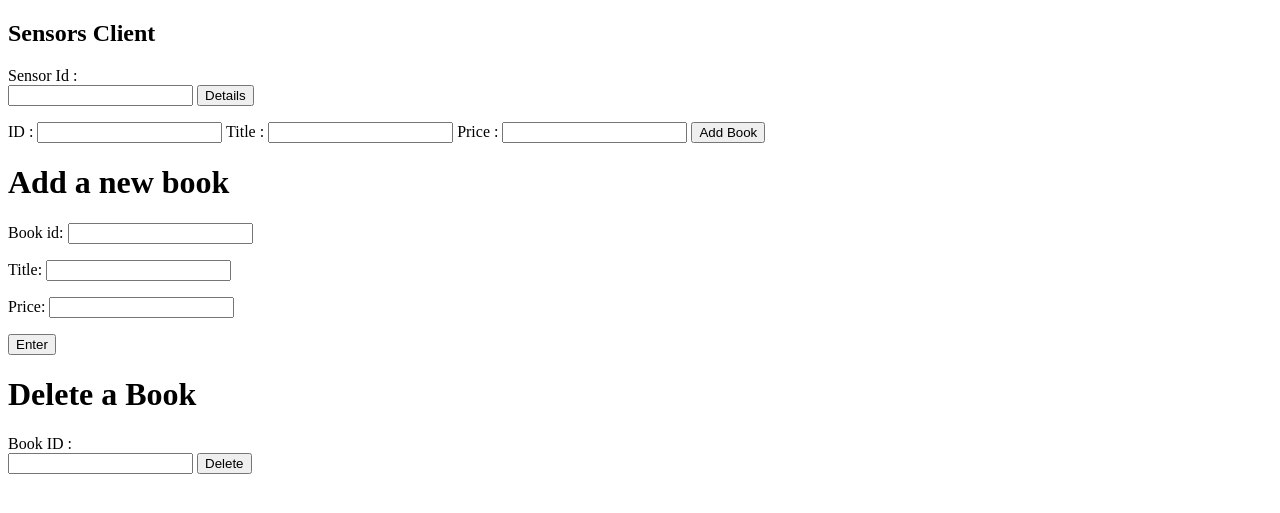
Repository: code-eshan/clientDSSensor
Page: sensor_service/WebContent/index.html
An editor plug-in stored every save of this project. The page is shown before and after the next save, followed by the edit.
The browser window is 1280 px wide. The pictures show the whole page.
Some web libraries are served in a nearby version.

Above is the page before, as saved 2020-04-15 13:53:26.

### sensor_service/WebContent/index.html
<!DOCTYPE html>
<html>
    <head>
        <title>Sensor Client</title>
        <script src="https://ajax.googleapis.com/ajax/libs/jquery/1.10.2/jquery.min.js"></script>
        <script src="sensor.js"></script>
    </head>

    <h2>Sensors Client</h2>
 	Sensor Id : <br/>
	<input type="text" id="id" />
	<button onclick="getDetails()">Details </button>
	<p />
        <div id="id"></div>
	<p />
        <div id="sensorStatus"></div>
        <p />
        <div id="floorNum"></div>
	<p />
        <div id="roomNum"></div>
        <p />
        <div id="smokeLevel"></div>
	<p />
        <div id="cLevel"></div>

        <label>ID : </label> <input type="number" id="bookId">
        <label>Title : </label> <input type="text" id="bookTitle">
        <label>Price : </label> <input type="number" id="bookPrice">
        <button onclick="">Add Book</button>

         <!--ADD -->
    <div id="addBook">
    	<h1>Add a new book</h1>
    	<p>Book id: <input type="text" id="getId"></p>
        <p>Title: <input type="text" id="getTitle"></p>
        <p>Price: <input type="text" id="getPrice"></p>
        <button onclick="postDetails()">Enter </button>

        <div id="response"></div>
    </div>


    <!--Delete -->


    <div id="deleteBook">
    	<h1>Delete a Book</h1>
    	Book ID : <br />
    	<input type="text" id="deleteId" />
    	<button onclick="deleteBook()">Delete</button>

    	<p />
    		<div id="deleteResponse"></div>
    </div>

</html>

### sensor_service/WebContent/sensor.js
/**
 *
 *//**
 *
 */

function getDetails(){
	jQuery.ajax({
        url: "http://localhost:8080/book_service/rest/sensors/" + $("#id").val(),
        type: "GET",
        contentType: "application/json",
        dataType:'json',
        success: function(data, textStatus, errorThrown) {
            //here is your json.
              // process it
        	  $("#id").text(data.id);
        	  $("#sensorStatus").text(data.sensorStatus);
        	  $("#floorNum").text(data.floorNum);
        	  $("#roomNum").text(data.roomNum);
        	  $("#smokeLevel").text(data.smokeLevel);
        	  $("#cLevel").text(data.cLevel);

        },
        error : function(jqXHR, textStatus, errorThrown) {
        		$("#id").text("Sorry! Sensor not found!");
        		$("#sensorStatus").text("");
        		$("#floorNum").text("");
        		$("#roomNum").text("");
        		$("#smokeLevel").text("");
        		$("#cLevel").text("");
        },
        timeout: 120000,
    });
};

////POSTDETAILS USING AJAX
//function postDetails() {
//
//	//Getting the bookDetails
//	const bookData = {
//			"id": $("#getId").val(),
//			"price": $("#getPrice").val(),
//			"title": $("#getTitle").val()
//		};
//
//
//	$.ajax({
//		url: "http://localhost:8080/book_service/rest/books/",
//		type: "POST",
//		data: JSON.stringify(bookData),
//		contentType: "application/json",
//		dataType: "json",
//        success: function(data, textStatus, errorThrown) {
//        	  $("#response").text("Book Added Successfully");
//
//        },
//        error : function(jqXHR, textStatus, errorThrown) {
//        		alert(errorThrown).text("Error");
//        },
//        timeout: 120000,
//
//	});
//};
//
////Delete a particular book
//function deleteBook() {
//
//	$.ajax({
//		url: "http://localhost:8080/book_service/rest/books/" + $("#deleteId").val(),
//		type: "DELETE",
//		contentType: "application/json",
//		dataType: "json",
//		success: function(data, textStatus, errorThrown) {
//			$("#deleteResponse").text("Book Deleted Successfully");
//		},
//
//		error: function(jqXHR, textStatus, errorThrown) {
//			alert("The particular book id not found");
//		}
//	});
//}

After the next save:
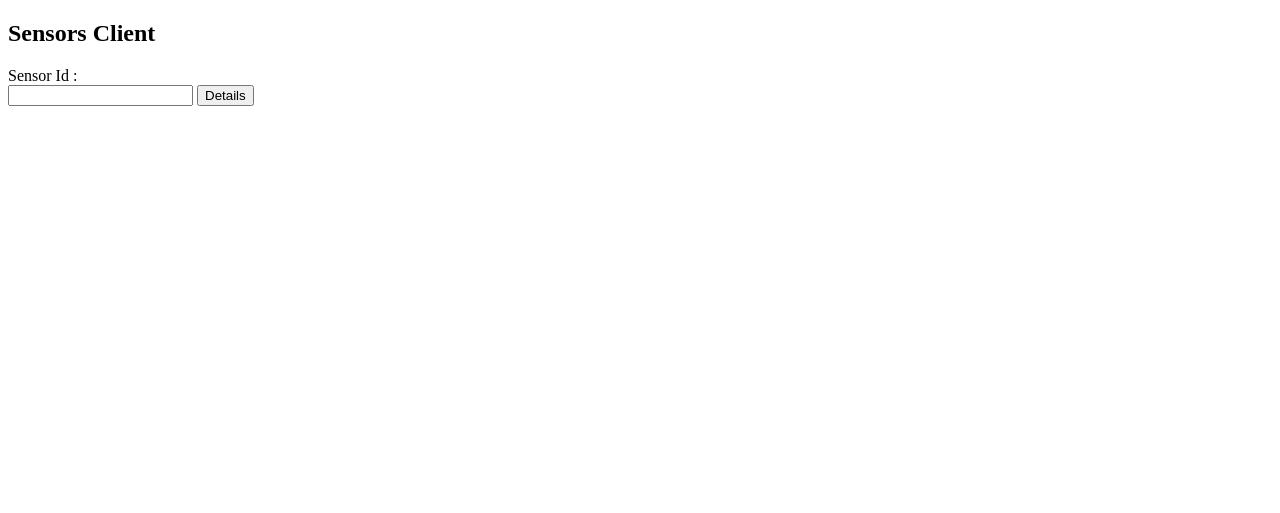
Saved 68 s later.
--- a/sensor_service/WebContent/index.html
+++ b/sensor_service/WebContent/index.html
@@ -23,34 +23,4 @@
 	<p />
         <div id="cLevel"></div>
 
-        <label>ID : </label> <input type="number" id="bookId">
-        <label>Title : </label> <input type="text" id="bookTitle">
-        <label>Price : </label> <input type="number" id="bookPrice">
-        <button onclick="">Add Book</button>
-
-         <!--ADD -->
-    <div id="addBook">
-    	<h1>Add a new book</h1>
-    	<p>Book id: <input type="text" id="getId"></p>
-        <p>Title: <input type="text" id="getTitle"></p>
-        <p>Price: <input type="text" id="getPrice"></p>
-        <button onclick="postDetails()">Enter </button>
-
-        <div id="response"></div>
-    </div>
-
-
-    <!--Delete -->
-
-
-    <div id="deleteBook">
-    	<h1>Delete a Book</h1>
-    	Book ID : <br />
-    	<input type="text" id="deleteId" />
-    	<button onclick="deleteBook()">Delete</button>
-
-    	<p />
-    		<div id="deleteResponse"></div>
-    </div>
-
 </html>
